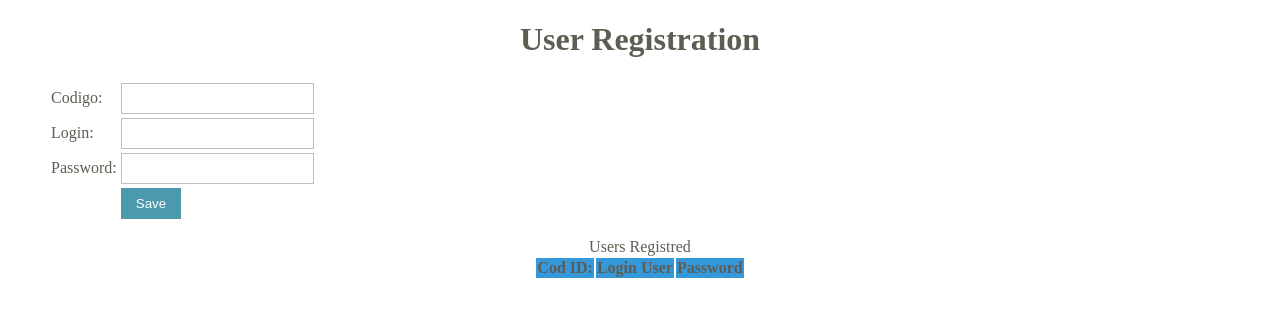
Repository: ViniciusBeletella/project-jsp
Page: http://localhost/project-jsp/userRegistration.jsp
These files come from the project's save history. The page is drawn as it stood at one moment and after the next save; the edit follows.
The browser window is 1280 px wide. The pictures show the whole page.
The page is served by Tomcat 9. Other server files are loaded and not shown.

Above is the page before, as saved 2019-12-27 07:49:07.

### project-jsp/WebContent/userRegistration.jsp
<%@ page language="java" contentType="text/html; charset=UTF-8"
	pageEncoding="UTF-8"%>
<%@ taglib uri="http://java.sun.com/jsp/jstl/core" prefix="c"%>
<!DOCTYPE html>
<html>
<head>
<meta charset="UTF-8">
<title>User Registration</title>
<link rel="stylesheet" href="resources/css/registration.css">
</head>
<body>

	<center>
		<h1>User Registration</h1>
	</center>
	</tr>
	<tr></tr>
	<tr>

			<form action="saveUser" method="post">
				<ul class="form-style-1">
					<li>
						<table>
							<tr>
								<td>Codigo:</td>
								<td><input type="text" readonly="readonly" id="id"
									name="id" value="${user.id}"></td>
							</tr>
							<tr>
								<td>Login:</td>
								<td><input type="text" id="login" name="login"
									value="${user.login}"></td>
							</tr>

							<tr>
								<td>Password:</td>
								<td><input type="password" id="password" name="password"
									value="${user.password}"></td>
							</tr>
							<tr>
								<td></td>
								<td><input type="submit" value="Save"></td>
							</tr>
						</table>
					</li>
				</ul>
			</form>

		<table class="tableaa">
				<caption>Users Registred</caption>
				<tr bgcolor="#3498DB">
				<th>Cod ID:</th>
				<th>Login User</th>
				<th>Password</th>
			</tr>
			<c:forEach items="${users}" var="userL">
				<tr>
					<td style="width: 150px"><c:out value="${userL.id}"></c:out></td>
					<td style="width: 150px"><c:out value="${userL.login}"></c:out></td>
					<td style="width: 150px"><c:out value="${userL.password}"></c:out></td>
					<td><c:out value="${user.password}"></c:out></td>
					<td><a href="saveUser?acao=delete&user=${userL.login}">Delete</a>
					</td>
					<td><a href="saveUser?acao=edit&user=${userL.login}">Edit</a></td>

				</tr>

			</c:forEach>
		</table>

</body>
</html>

### project-jsp/WebContent/resources/css/registration.css

<style type="text/css">
.form-style-1 {
	margin:10px auto;
	max-width: 400px;
	text-align:center;
	padding: 20px 12px 10px 20px;
	font: 13px "Lucida Sans Unicode", "Lucida Grande", sans-serif;
}
.form-style-1 li {
	padding: 0;
	display: block;
	list-style: none;
	margin: 10px 0 0 0;
}
.form-style-1 label{
	margin:0 0 3px 0;
	padding:0px;
	text-align:center;
	display:block;
	font-weight: bold;
}
.form-style-1 input[type=text],
.form-style-1 input[type=password],
.form-style-1 input[type=date],
.form-style-1 input[type=datetime],
.form-style-1 input[type=number],
.form-style-1 input[type=search],
.form-style-1 input[type=time],
.form-style-1 input[type=url],
.form-style-1 input[type=email],
textarea,
select{
	box-sizing: border-box;
	-webkit-box-sizing: border-box;
	-moz-box-sizing: border-box;
	border:1px solid #BEBEBE;
	padding: 7px;
	margin:0px;
	-webkit-transition: all 0.30s ease-in-out;
	-moz-transition: all 0.30s ease-in-out;
	-ms-transition: all 0.30s ease-in-out;
	-o-transition: all 0.30s ease-in-out;
	outline: none;
}
.form-style-1 input[type=text]:focus,
.form-style-1 input[type=password]:focus,
.form-style-1 input[type=date]:focus,
.form-style-1 input[type=datetime]:focus,
.form-style-1 input[type=number]:focus,
.form-style-1 input[type=search]:focus,
.form-style-1 input[type=time]:focus,
.form-style-1 input[type=url]:focus,
.form-style-1 input[type=email]:focus,
.form-style-1 textarea:focus,
.form-style-1 select:focus{
	-moz-box-shadow: 0 0 8px #88D5E9;
	-webkit-box-shadow: 0 0 8px #88D5E9;
	box-shadow: 0 0 8px #88D5E9;
	border: 1px solid #88D5E9;
}
.form-style-1 .field-divided{
	width: 49%;
}

.form-style-1 .field-long{
	width: 100%;
}
.form-style-1 .field-select{
	width: 100%;
}
.form-style-1 .field-textarea{
	height: 100px;
}
.form-style-1 input[type=submit], .form-style-1 input[type=button]{
	background: #4B99AD;
	padding: 8px 15px 8px 15px;
	border: none;
	color: #fff;
}
.form-style-1 input[type=submit]:hover, .form-style-1 input[type=button]:hover{
	background: #4691A4;
	box-shadow:none;
	-moz-box-shadow:none;
	-webkit-box-shadow:none;
}
.form-style-1 .required{
	color:red;
}
$bp-maggie: 15em;
$bp-lisa: 30em;
$bp-bart: 48em;
$bp-marge: 62em;
$bp-homer: 75em;


* {
 @include box-sizing(border-box);

 &:before,
 &:after {
   @include box-sizing(border-box);
 }
}

body {
  font-family: $helvetica;
  color: rgba(94,93,82,1);
}

a {
  color: rgba(51,122,168,1);

  &:hover,
  &:focus {
    color: rgba(75,138,178,1);
  }
}


.tableaa {
	border="1"
	width="50%
	height="50%"
	cellpadding="4";

	margin-left: auto;
	margin-right: auto;
}



.flat-table {
  display: block;
  font-family: sans-serif;
  margin-left: auto;
  margin-right: auto;
  -webkit-font-smoothing: antialiased;
  font-size: 115%;
  overflow: auto;
  width: auto;

  th {
    background-color: rgb(112, 196, 105);
    color: white;
    font-weight: normal;
    padding: 20px 30px;
    text-align: center;
  }
  td {
    background-color: rgb(238, 238, 238);
    color: rgb(111, 111, 111);
    padding: 20px 30px;

  }
}
}

After the next save:
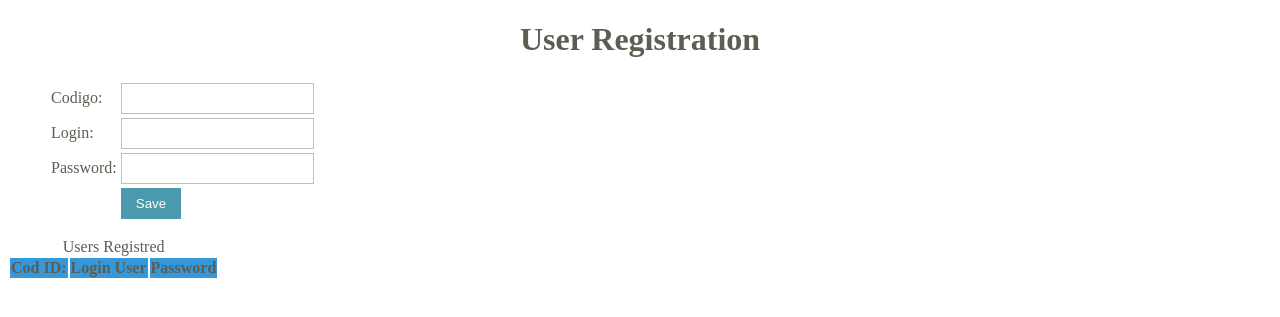
Saved 78 s later.
--- a/project-jsp/WebContent/userRegistration.jsp
+++ b/project-jsp/WebContent/userRegistration.jsp
@@ -46,7 +46,7 @@
 				</ul>
 			</form>
 
-		<table class="tableaa">
+		<table>
 				<caption>Users Registred</caption>
 				<tr bgcolor="#3498DB">
 				<th>Cod ID:</th>
